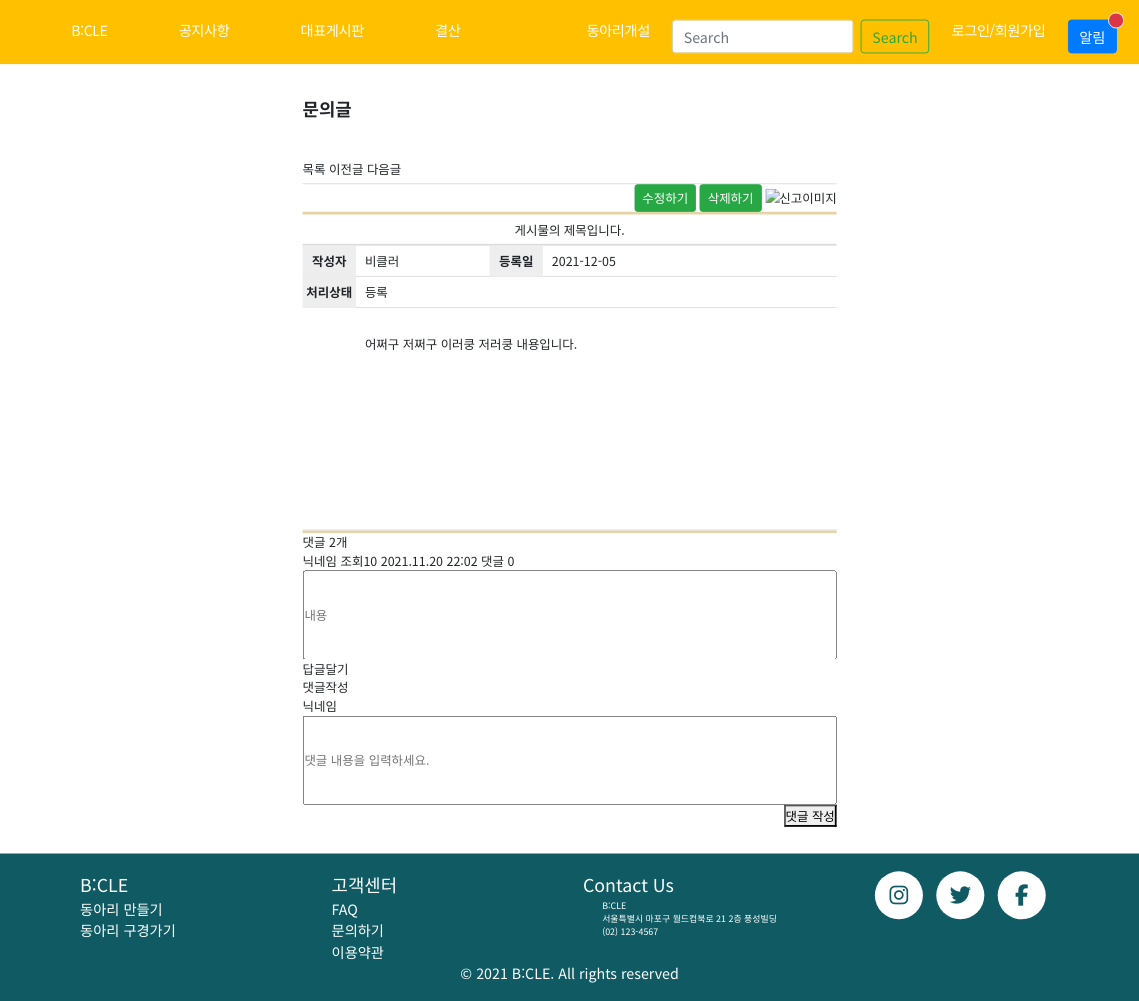
Repository: hyodii/FinalProject
Page: http://localhost/ViewPage/nonmemberArticle.jsp
An editor plug-in stored every save of this project. The page is shown before and after the next save, followed by the edit.
The browser window is 1280 px wide. The pictures show the whole page, at 89% of full size.
Some web fonts or font styles are not loaded; a fallback is used. Some web libraries are served in a nearby version. The page is served by Tomcat 9.

Above is the page before, as saved 2021-12-14 11:34:16.
Console error (its wording comes from the project's code and is left out).

### ViewPage/WebContent/nonmemberArticle.jsp
<%@ page contentType="text/html; charset=UTF-8"%>
<%@ taglib prefix="c" uri="http://java.sun.com/jsp/jstl/core"%>
<%
   request.setCharacterEncoding("UTF-8");
   String cp = request.getContextPath();
%>
<!DOCTYPE html>
<html>
<head>
<meta charset="UTF-8">
<title>nonmemberArticle.jsp</title>

<!-- 모달을 위한 링크 -->
<link rel="stylesheet" href="css/font-awesome.min.css">
<!-- Bootstrap CSS -->
<link
   href="https://cdn.jsdelivr.net/npm/bootstrap@5.1.3/dist/css/bootstrap.min.css"
   rel="stylesheet"
   integrity="sha384-1BmE4kWBq78iYhFldvKuhfTAU6auU8tT94WrHftjDbrCEXSU1oBoqyl2QvZ6jIW3"
   crossorigin="anonymous">


<style type="text/css">
/*reset*/
* {margin: 0;padding: 0;}
body {margin: 0;}
h1, h2, h3, h4, h5, h6, p, ul, ol, li, dl, dt, dd {margin: 0; padding: 0;}
h1, h2, h3, h4, h5, h6 {font-weight: 700; }
a {color: inherit; text-decoration: inherit;}
img {vertical-align: middle;}
a img {border: none;}
li {list-style: none;}
address, em, i, ul {font-style: normal;}

/*layout*/
.mo {display: none;}
.en {font-family: 'Exo 2', sans-serif;}
body {font-family: 'Noto Sans KR', sans-serif; font-size: 14px;}
.wrap {margin: 0 auto; }


/* 아티클 CSS */
#bbs
{
	width:600px;
	margin:30px auto;
	text-align:left;
}

#bbs_title
{
	width:574px;
	/* padding-left:20px; */
	height:40px;
	/* border:3px solid #D6D4A6; */
	text-align:left;
	font-weight: bold;
	line-height:40px;
	font-size:15pt;
	margin-bottom:30px;
}

#bbsArticle
{
	width:600px;
	overflow: visible;
	border-top:3px solid #E6D4A6;
	border-bottom:3px solid #E6D4A6;
	text-align:left;
}

#bbsArticle_header
{
	height:35px;
	line-height:35px;
	border-bottom:2px solid #DBDBDB;
	text-align:center;
}
#bbsArticle dl
{
	margin: 0px;
}
#bbsArticle dt
{
	float:left;
	height:35px;
	width:60px;
	line-height:35px;
	text-align:center;
	background-color:#EEEEEE;
}

#bbsArticle dd
{
	float:left;
	height:35px;
	width:150px;
	line-height:35px;
	text-align:left;
	padding-left:10px;
}

.bbsArticle_bottomLine
{
	height:35px;
	line-height:35px;
	border-bottom:1px solid #DBDBDB;
	clear:both;
	text-align:left;
}

.bbsArticle_noLine
{
	height:35px;
	line-height:35px;
	clear:both;
	text-align:left;
}

#bbsArticle_content
{
    overflow: visible;
    border-bottom:1px solid #DBDBDB;
    text-align:left;
    min-height:250px;
    padding: 20px 60px 20px 60px;
    word-break:break-all;
}

#bbsArticle_footer
{
	clear:both;
	height:32px;
	line-height:32px;
	margin-bottom:20px;
}

#bbsArticle_footer #leftFooter
{
	float:left;
	width:300px;
	text-align:left;
}

#bbsArticle_footer #rightFooter
{
	float:right;
	width:300px;
	text-align:right;
}

.btnimg
{
	text-align: right;
}

/* 모달 css */
@import
   url('https://fonts.googleapis.com/css?family=Exo+2|Noto+Sans+KR&display=swap')
   ;

.row p {
   font-size: 10px;
   margin-left: 3vh;
}

.row {
   margin-left: 10%;
   margin-top: 10%;
}

.modal-footer {
   display: flex;
   flex-wrap: wrap;
   flex-shrink: 0;
   align-items: center;
   justify-content: center;
   padding: .75rem;
   border-top: 0px solid #dee2e6;
   border-bottom-right-radius: calc(.3rem - 1px);
   border-bottom-left-radius: calc(.3rem - 1px);
   padding: .75rem;
}

.btn-secondary {
   color: #fff;
   background-color: #6c757d;
   border-color: #6c757d;
   margin-right: 7vh;
}


</style>

</head>
<body>
<!--
	nonmemberArticle.jsp
	- 고객센터 - 비회원 문의 - 아티클
-->
<div>
	<!-- 네브 영역 -->
	<div>
		<c:import url="nav.jsp"></c:import>
	</div>

	<!-- 아티클 영역  -->
	<div id="bbs">

	<div id="bbs_title">
		문의글
	</div>

		<div class="bbsArticle_bottomLine">
			<a href="">목록</a>
			<a href="">이전글</a>
			<a href="">다음글</a>
		</div>

		<!-- 동아리원일 때 아닐때 나눠서 버튼 작동하게 해야함!! -->
		<!-- modal button -->
		<div class="btnimg">
		      <a href="#" id="modal1" class="btn btn-success btn-sm"
		         data-bs-toggle="modal" data-bs-target="#employee_details1">수정하기</a>

		      <a href="#" id="modal1" class="btn btn-success btn-sm"
		         data-bs-toggle="modal" data-bs-target="#employee_details1">삭제하기</a>
			<img src="" alt="신고이미지"  />
		</div>


	   <!-- Modal -->
	   <!-- 권한 창 -->
	   <div class="modal fade" id="employee_details1" tabindex="-1"
	      aria-labelledby="employee_details1" aria-hidden="true">
	      <div class="modal-dialog">
	         <div class="modal-content">
	            <div class="modal-header">
	               <h5 class="modal-title" id="exampleModalLabel">권한이 없습니다.</h5>
	               <button type="button" class="btn-close" data-bs-dismiss="modal"
	                  aria-label="닫기"></button>
	            </div>
	         </div>
	      </div>
	   </div><!-- close Modal  -->


			<div id="bbsArticle">

				<div id="bbsArticle_header">
					게시물의 제목입니다.
				</div>

				<div class="bbsArticle_bottomLine">
					<dl>
						<dt>작성자</dt>
						<dd>비클러</dd>

						<dt>등록일</dt>
						<dd>2021-12-05</dd>
					</dl>
				</div>

				<div class="bbsArticle_bottomLine">
					<dl>
						<dt>처리상태</dt>
						<dd>등록</dd>
					</dl>
				</div>

				<div id="bbsArticle_content">
					<table style="width: 600">
						<tr>
							<td style="padding: 10px 40px 10px 10px; vertical-align: top; height: 150">
								어쩌구 저쩌구 이러쿵 저러쿵 내용입니다.<br>
							</td>
						</tr>
					</table>
				</div>



			</div><!-- close #bbsArticle -->


		<c:import url="comment.jsp"></c:import>


	</div><!-- close #bbs -->



	<!-- 푸터 영역 -->
	<div>
		<c:import url="footer.jsp"></c:import>
	</div>
</div>

<!-- 모달창 스크립트 -->
	<script
      src="https://cdn.jsdelivr.net/npm/@popperjs/core@2.9.3/dist/umd/popper.min.js"
      integrity="sha384-eMNCOe7tC1doHpGoWe/6oMVemdAVTMs2xqW4mwXrXsW0L84Iytr2wi5v2QjrP/xp"
      crossorigin="anonymous"></script>
   <script
      src="https://cdn.jsdelivr.net/npm/bootstrap@5.1.0/dist/js/bootstrap.min.js"
      integrity="sha384-cn7l7gDp0eyniUwwAZgrzD06kc/tftFf19TOAs2zVinnD/C7E91j9yyk5//jjpt/"
      crossorigin="anonymous"></script>
   <script>
      $(document).ready(function()
      {

         $('#employee_details2').on('beforeShow', function()
         {
            console.log('Submodal beforeShow event');
         }).on('show', function()
         {
            console.log('Submodal show event');
         }).on('beforeHide', function()
         {
            console.log('Submodal beforeHide event');
         }).on('hide', function()
         {
            console.log('Submodal hide event');
         });

      });
   </script>
</body>
</html>

### ViewPage/WebContent/nav.jsp
<%@ page contentType="text/html; charset=UTF-8"%>
<%@ taglib prefix="c" uri="http://java.sun.com/jsp/jstl/core"%>
<%
	request.setCharacterEncoding("UTF-8");
String cp = request.getContextPath();
%>
<!DOCTYPE html>
<html lang="ko">
<head>
<meta charset="UTF-8">
<meta name="viewport" content="width=device-width, initial-scale=1">
<title>B:CLE</title>
<!-- <link rel="stylesheet" href="css/main.css"> -->
<link rel="stylesheet" href="css/font-awesome.min.css">
<link
	href="https://cdn.jsdelivr.net/npm/bootstrap@5.1.3/dist/css/bootstrap.min.css"
	rel="stylesheet"
	integrity="sha384-1BmE4kWBq78iYhFldvKuhfTAU6auU8tT94WrHftjDbrCEXSU1oBoqyl2QvZ6jIW3"
	crossorigin="anonymous">

<style>
@import
	url('https://fonts.googleapis.com/css?family=Exo+2|Noto+Sans+KR&display=swap')
	;
/*reset*/
* {
	margin: 0;
	padding: 0;
}
body {
	margin: 0;
}
h1, h2, h3, h4, h5, h6, p, ul, ol, li, dl, dt, dd {
	margin: 0;
	padding: 0;
}
h1, h2, h3, h4, h5, h6 {
	font-weight: 700;
	font-size: inherit;
}
a {
	color: inherit;
	text-decoration: inherit;
}
img {
	vertical-align: middle;
}
a img {
	border: none;
}
li {
	list-style: none;
}
address, em, i, ul {
	font-style: normal;
}
.mo {
	display: none;
}
body {
	font-family: 'Noto Sans KR', sans-serif;
	font-size: 14px;
}
header {
	font-family: 'Noto Sans KR', sans-serif;
	letter-spacing: -0.5px;
	background: rgb(255, 192, 0);
	color: white;
	height: 10vh;
	width: 100%;
	position: relative;
	margin-top: -20px;
}
.mainHeader {
	width: 100%;
	margin-top: 20px;
	box-sizing: border-box;
	vertical-align: center;
}
.mainHeader .gnbMo {
	display: none;
}
.mainHeader .gnb {
	float: left;
	margin-left: 80px;
	margin-top: 3vh;
}
.mainHeader .gnb li {
	float: left;
	margin-right: 80px;
}
.mainHeader .gnb li a {
	display: block;
	width: 100%;
	height: 100%;
	text-align: center;
	color: #fff;
	font-size: 16px;
	text-decoration-line: none;
}
.mainHeader .gnb li a:hover, .mainHeader .gnb li a:focus {
	color: #ff8342;
}
.mainHeader .tnb {
	float: right;
	margin-top: 3vh;
}
.mainHeader .tnb li {
	float: left;
	margin-right: 25px;
}
.mainHeader .tnb li a {
	display: block;
	width: 100%;
	height: 100%;
	text-align: center;
	font-size: 16px;
	color: #fff;
	text-decoration-line: none;
}
.mainHeader .tnb li:nth-child(1) a i, .mainHeader .tnb li:nth-child(2) a i
	{
	font-size: 20px;
	margin-right: 8px;
}
.mainHeader .tnb li:last-child a {
	display: block;
	width: 105px;
	line-height: 2;
	border: 1px solid #fff;
	border-radius: 30px;
	margin-top: 35px;
}
.mainHeader .tnb li:last-child a i {
	margin-left: 5px;
}
.mainHeader .tnb li:last-child a:hover {
	background: #fff;
	color: #ff8342;
	transition: all 0.3s;
}
.btn-primary {
    color: #fff;
    background-color: #105b63;
    border-color: #105b63;
}
</style>


</head>
<body>
	<!--header-->
	<header>
		<div class="mainHeader">
			<nav class="gnb">
				<ul>
					<li><a href="#">B:CLE</a></li>
					<li><a href="#">공지사항</a></li>
					<li><a href="#">대표게시판</a></li>
					<li><a href="#">결산</a></li>
				</ul>
			</nav>
			<nav class="tnb">
				<ul>

					<li><a href="#">동아리개설</a></li>

					<li>
						<form class="d-flex">
							<input class="form-control me-2" type="search"
								placeholder="Search" aria-label="Search">
							<button class="btn btn-outline-success" type="submit">Search</button>
						</form>
					</li>




					<li><a href="#"></i>로그인/회원가입</a></li>
					<li><button type="button"
							class="btn btn-primary position-relative">
							알림 <span
								class="position-absolute top-0 start-100 translate-middle p-2 bg-danger border border-light rounded-circle">
								<span class="visually-hidden">New alerts</span>
							</span>
						</button></li>
				</ul>
			</nav>
			<nav class="gnbMo">
				<a href="#"><i class="fa fa-bars" aria-hidden="true"></i></a>
			</nav>
		</div>
	</header>
</body>
</html>

<!-- 검색부분에 쓸 부트스트랩 -->
<!--       <form class="d-flex">
        <input class="form-control me-2" type="search" placeholder="Search" aria-label="Search">
        <button class="btn btn-outline-success" type="submit">Search</button>
      </form> -->

### ViewPage/WebContent/comment.jsp
<%@ page contentType="text/html; charset=UTF-8"%>
<%@ taglib prefix="c" uri="http://java.sun.com/jsp/jstl/core"%>
<%
   request.setCharacterEncoding("UTF-8");
   String cp = request.getContextPath();
%>
<!doctype html>
<html>
<head>
  <title>WEB1 - HTML</title>
  <meta charset="utf-8">
</head>
<body>
<!--
    <div id="disqus_thread"></div>

<script>

/**
*  RECOMMENDED CONFIGURATION VARIABLES: EDIT AND UNCOMMENT THE SECTION BELOW TO INSERT DYNAMIC VALUES FROM YOUR PLATFORM OR CMS.
*  LEARN WHY DEFINING THESE VARIABLES IS IMPORTANT: https://disqus.com/admin/universalcode/#configuration-variables*/
/*
var disqus_config = function () {
this.page.url = PAGE_URL;  // Replace PAGE_URL with your page's canonical URL variable
this.page.identifier = PAGE_IDENTIFIER; // Replace PAGE_IDENTIFIER with your page's unique identifier variable
};
*/
(function() { // DON'T EDIT BELOW THIS LINE
var d = document, s = d.createElement('script');
s.src = 'https://web1-2.disqus.com/embed.js';
s.setAttribute('data-timestamp', +new Date());
(d.head || d.body).appendChild(s);
})();
</script>
<noscript>Please enable JavaScript to view the <a href="https://disqus.com/?ref_noscript">comments powered by Disqus.</a></noscript>

 -->

 <!--
 comment.jsp
	댓글
	https://all-record.tistory.com/143 나중에 참고하기
-->

 <div id="comment">
		<div>
			댓글 2개
		</div>
		<div>
			닉네임
			조회10
			2021.11.20 22:02
			댓글 0
		</div>
		<div style="display: inline-block;">
		   <input type="text" style="width:600px; height:100px;" placeholder="내용">
		</div>
		<div><a href="#">답글달기</a></div>
	</div>

	<div>
		<div>댓글작성</div>
		<div>
			닉네임
		</div>

		<div style="display: inline-block;">
		   <input type="text" style="width:600px; height:100px;" placeholder="댓글 내용을 입력하세요.">
		</div>

		<div style="width:600px; text-align:right;">
		<button>댓글 작성</button>
		</div>
	</div>

</body>
</html>

### ViewPage/WebContent/footer.jsp
<%@ page contentType="text/html; charset=UTF-8"%>
<%@ taglib prefix="c" uri="http://java.sun.com/jsp/jstl/core"%>
<%
	request.setCharacterEncoding("UTF-8");
	String cp = request.getContextPath();
%>
<!DOCTYPE html>
<html>
<head>
<meta charset="utf-8">
<title>B:CLE Footer(예비용)</title>

<link
	href="https://cdn.jsdelivr.net/npm/bootstrap@4.4.1/dist/css/bootstrap.min.css"
	rel="stylesheet">
<script
	src="https://cdn.jsdelivr.net/npm/bootstrap@4.4.1/dist/js/bootstrap.bundle.min.js"></script>
<link rel="preconnect" href="https://fonts.googleapis.com">
<link rel="preconnect" href="https://fonts.gstatic.com">
<link
	href="https://fonts.googleapis.com/css2?family=Noto+Sans+KR:wght@400;700&display=swap"
	rel="stylesheet">
<script src="https://kit.fontawesome.com/dab690a483.js" crossorigin="anonymous"></script>
<style type="text/css">

/*reset*/
* {margin: 0;padding: 0;}
body {margin: 0;}
h1, h2, h3, h4, h5, h6, p, ul, ol, li, dl, dt, dd {margin: 0; padding: 0;}
h1, h2, h3, h4, h5, h6 {font-weight: 700; }
a {color: inherit; text-decoration: inherit;}
img {vertical-align: middle;}
a img {border: none;}
li {list-style: none;}
address, em, i, ul {font-style: normal;}

/*layout*/
.mo {display: none;}
.en {font-family: 'Exo 2', sans-serif;}
body {font-family: 'Noto Sans KR', sans-serif; font-size: 14px;}
.wrap {margin: 0 auto; }

#footer-wrapper
{
	background-color: #105B63;
	font-family: 'Noto Sans KR', sans-serif;
	font-size: 12pt;
	/* position:fixed; */
}
.title
{
	font-family: 'Noto Sans KR', sans-serif;
	font-size: 15pt;
	color: white;
}

.container
{
	padding: 20px;
}

ul
{
   list-style:none;
   padding-left:0px;
}
a.menuitem
{
	text-decoration: none;
	text-align: center;
	color: white;
}
a.menuitem
{
	text-decoration: none;
	text-align: center;
	color: white;
}
a.menuitem:hover
{
	color: #FFD34E;
}

p.menuitem
{
	color: white;
}
.second-box
{
  display: flex;
  justify-content: flex-end;
}

.icon
{
  /* width: 40%; */
  display: flex;
  justify-content: flex-end;
  color: #105B63;
}

.icon-box
{
  width: 54px;
  height: 54px;
  background-color: white;
  border-radius: 50%;
  margin-right: 15px;
  display: flex;
  justify-content: center;
  align-items: center;
}

.icon
{
  font-size: 24px;
}
.icon:hover {
  color: #FFD34E;
}

ul.menu
{
	color: white;
}

</style>

</head>
<body>

<!-- Footer -->
<div id="footer-wrapper">
	<footer id="footer" class="container">
		<div class="row">
			<div class="col-3 col-6-medium col-12-small">

				<!-- Links -->
					<section class="widget links">
						<div class="title">B:CLE</div>
						<ul class="style2">
							<li><a href="#" class="menuitem">동아리 만들기</a></li>
							<li><a href="mainhome.action" class="menuitem">동아리 구경가기</a></li>
							<!-- <li><a href="#">Felis varius pellentesque potenti</a></li>
							<li><a href="#">Nullam scelerisque blandit leo</a></li> -->
						</ul>
					</section>

			</div>
			<div class="col-3 col-6-medium col-12-small">

				<!-- Links -->
					<section class="widget links">
						<div class="title">고객센터</div>
						<ul class="style2">
							<li><a href="#" class="menuitem">FAQ</a></li>
							<li><a href="#" class="menuitem">문의하기</a></li>
							<li><a href="#" class="menuitem">이용약관</a></li>
							<!-- <li><a href="#">Felis varius pellentesque potenti</a></li>
							<li><a href="#">Nullam scelerisque blandit leo</a></li> -->
						</ul>
					</section>

			</div>

			<div class="col-3 col-6-medium col-12-small">

				<!-- Contact -->
					<section class="widget contact last">
						<div class="title">Contact Us</div>

						<p class="menuitem">B:CLE<br />
						서울특별시 마포구 월드컵북로 21 2층 풍성빌딩<br />
						(02) 123-4567</p>
					</section>

			</div>

			<div class="col-3 col-6-medium col-12-small">

				<!-- 아이콘 -->
				<!-- <section class="widget contact last icon"> -->
					<div class="second-box">
			              <div class="icon-box">
			                  <i class="fab fa-instagram icon"></i>
			              </div>
			              <div class="icon-box">
			                  <i class="fab fa-twitter icon"></i>
			              </div>
			              <div class="icon-box">
			                  <i class="fab fa-facebook-f icon"></i>
			              </div>
					</div>
				<!-- </section> -->

			</div>

		</div>

		<div class="row">
			<div class="col-12">
				<div id="copyright">
					<ul class="menu" style="text-align: center;">
						<li>&copy; 2021 B:CLE. All rights reserved</li>
					</ul>
				</div>
			</div>
		</div>
	</footer>
</div>

</body>
</html>

After the next save:
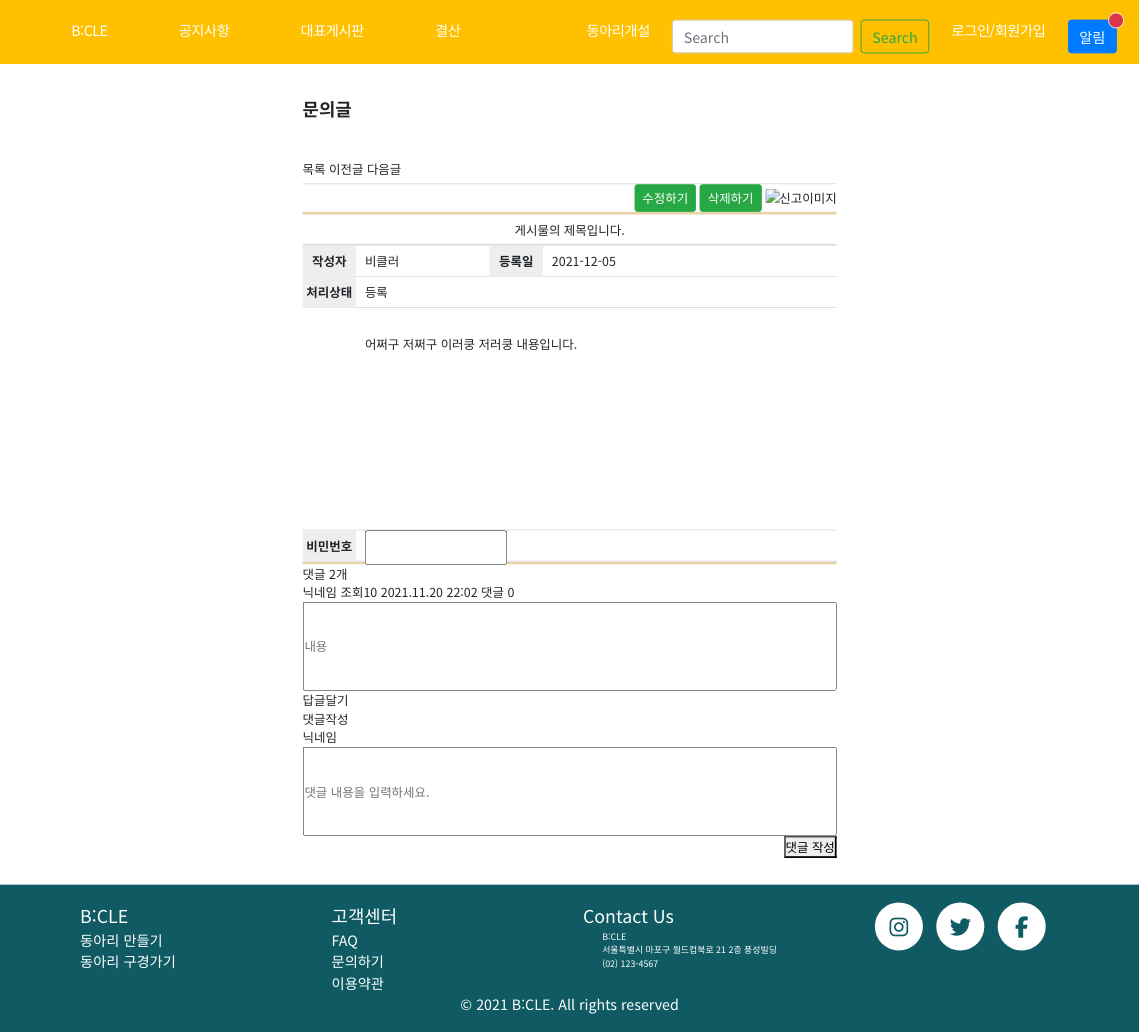
Saved 110 s later.
--- a/ViewPage/WebContent/nonmemberArticle.jsp
+++ b/ViewPage/WebContent/nonmemberArticle.jsp
@@ -277,6 +277,12 @@ body {font-family: 'Noto Sans KR', sans-serif; font-size: 14px;}
 						</tr>
 					</table>
 				</div>
+				<div class="bbsArticle_bottomLine">
+					<dl>
+						<dt>비민번호</dt>
+						<dd><input type="text" /></dd>
+					</dl>
+				</div>
 
 
 
